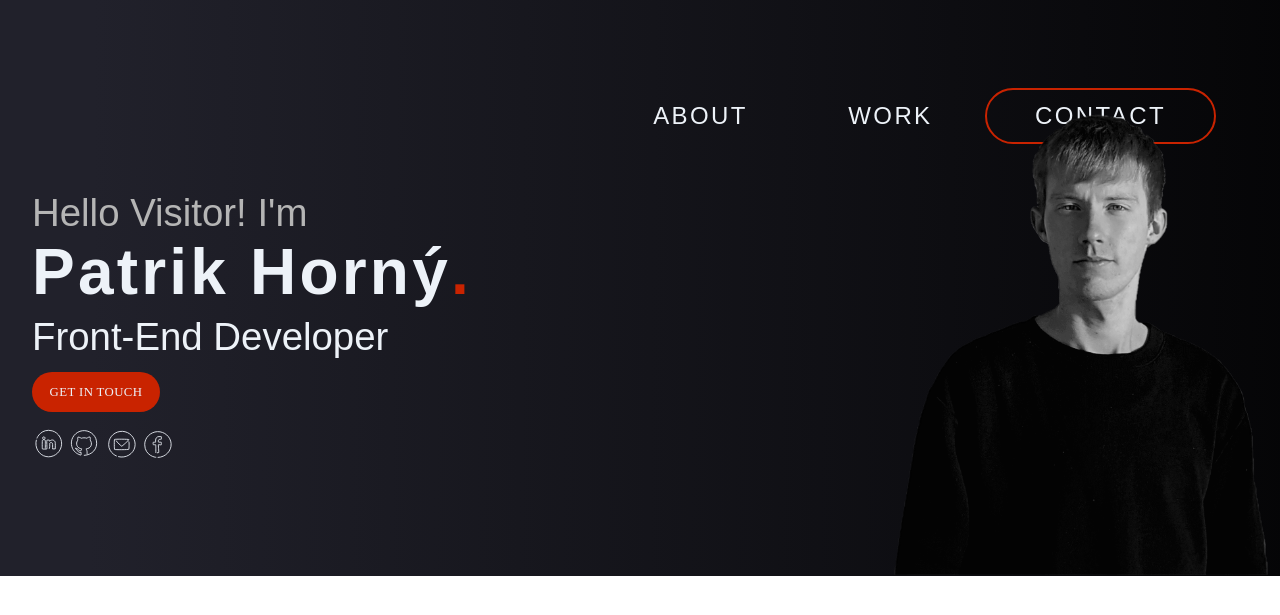
Repository: Spreceriany/portfolio
Page: index.html
The author's editor kept a copy of each file at every save. The page is drawn from the files as they stood at one save, then again after the next save.
The browser window is 1280 px wide. The pictures show the whole page.
Some web fonts or font styles are not loaded; a fallback is used. The style sheet was rebuilt from its Sass, Less or Tailwind sources for each picture, by a compiler version that may differ from the author's.

Above is the page before, as saved 2021-03-07 17:15:51.

### index.html
<!DOCTYPE html>
<html lang="en">

<head>
    <meta charset="UTF-8">
    <meta http-equiv="X-UA-Compatible" content="IE=edge">
    <meta name="viewport" content="width=device-width, initial-scale=1.0">
    <title>Patrik Horny | Portfolio</title>
    <link rel="stylesheet" href="css/style.css">
    <link rel="preconnect" href="https://fonts.gstatic.com">
    <link href="https://fonts.googleapis.com/css2?family=Asul&family=Chivo:wght@900&display=swap" rel="stylesheet">
</head>

<body>
    <header>
        <nav>
            <ul>
                <li><a href="#">About</a></li>
                <li><a href="#">Work</a></li>
                <li><a href="#">Contact</a></li>
            </ul>
        </nav>
    </header>

    <main>
        <section class="hero">
            <div class="hero__left-col">
                <p class="gray">Hello Visitor! I'm</p>
                <h1>Patrik Horný<span class="orange">.</span></h1>
                <p>Front-End Developer</p>
                <a href="#" class="btn">Get in touch</a>
                <ul>
                    <li><a href="#">
                        <?xml version="1.0" ?><svg height="256px" id="Layer_1" version="1.1" viewBox="0 0 256 256" width="256px" xml:space="preserve" xmlns="http://www.w3.org/2000/svg" xmlns:xlink="http://www.w3.org/1999/xlink"><path class="st0" d="M34.367,105.308c-15.255,58.994,21.499,118.714,77.309,130.865c54.491,11.864,108.741-24.931,122.132-78.209  c13.576-54.011-18.103-112.414-72.055-127.246C77.289,8.035,39.505,84.527,39.501,88.37"/><path class="st0" d="M106.662,168.972c-0.36-21.051,0.978-61.432-0.945-63.422  c-1.923-1.99-17.046-7.923-19.883-12.471c-2.838-4.548-2.011-13.662,8.126-13.674s11.419,8.666,8.78,14.31  c-2.64,5.644-17.584,9.811-19.288,12.105c-1.704,2.294-2.429,68.28,0,69.899c2.429,1.619,32.926,1.484,35.624-0.54  c2.699-2.024-3.374-67.47,0-69.09s17.407-1.889,19.162-1.079c1.754,0.81,0.675,7.692,1.889,8.366  c1.214,0.675,10.171-11.177,24.289-9.446c10.46,1.282,19.837,10.121,21.321,18.892s0.899,34.545,0.54,51.817  c-7.197,0.27-14.394,0.675-21.59,0.945c-0.27-14.574,1.08-33.6-0.81-43.586c-1.889-9.986-22.328-9.849-22.13,0  s1.619,43.586-2.699,43.451" id="linkedin"/></svg>
                    </a></li>
                    <li><a href="#">
                        <?xml version="1.0" ?><svg height="256px" id="Layer_2" version="1.1" viewBox="0 0 256 256" width="256px" xml:space="preserve" xmlns="http://www.w3.org/2000/svg" xmlns:xlink="http://www.w3.org/1999/xlink"><path class="st0" d="M128.1,222.073"/><path class="st0" d="M130.164,226.986c63.917-3.557,108.667-52.057,97.259-116.5c-9.288-52.47-60.722-87.613-112.739-80.577  C61.952,37.041,21.39,85.877,27.386,139.004c5.689,47.857,35.128,70.23,59.685,80.335c5.717,2.353,13.401,5.785,15.997,5.229  c2.596-0.556,1.763-14.95,1.763-21.889c-16,2.459-21.475-3.841-24.875-7.563c-3.857-4.222-6.125-8.563-10.063-14.938  s-11.063-4.875-11.813-8.563s15-2.688,26.313,11.25c8.188,10.146,16.928,7.089,21.625,4.188c0.154-1.612,0.526-3.775,1.438-6.188  c0.967-2.557,3.625-4.104,3.208-5.854c-0.417-1.75-21.804-0.577-34-17.667c-8.809-12.344-9.129-26.955-5.667-37.833  c2.322-7.297,6.196-12.443,8.833-15.417c-1.011-2.162-2.513-6.109-2.583-11.25c-0.076-5.549,1.554-9.796,2.583-12  c3.492,0.104,8.54,0.644,14.25,2.667c5.469,1.937,9.593,4.542,12.333,6.583c4.975-1.671,12.218-3.489,21.083-3.667  c10.135-0.203,18.344,1.819,23.667,3.583c2.616-2.336,6.987-5.648,13.167-7.917c4.489-1.648,8.518-2.229,11.5-2.417  c1.143,2.165,3.075,6.519,3.167,12.332c0.085,5.351-1.426,9.47-2.416,11.664c2.867,3.459,7.394,9.875,9.502,18.995  c0.751,3.249,4.857,20.981-6.996,36.24c-12.408,15.974-33.06,13.524-33.992,15.73c-0.932,2.206,3.964,6.297,6.266,14.877  c2.302,8.58,1.327,24.979,1.327,24.979"/></svg>
                    </a></li>
                    <li><a href="#">
                        <?xml version="1.0" ?><svg height="256px" id="Layer_3" version="1.1" viewBox="0 0 256 256" width="256px" xml:space="preserve" xmlns="http://www.w3.org/2000/svg" xmlns:xlink="http://www.w3.org/1999/xlink"><path class="st0" d="M90.122,111.336c4.814,10.698,40.475,41.901,43.863,42.08s58.662-49.39,57.057-52.778  S79.246,96.18,76.214,99.568c-3.031,3.388-1.962,78.097,0.713,80.237s111.083,2.318,113.401-1.426  c2.318-3.744,4.814-57.414,1.783-60.623"/><path class="st0" d="M108.268,237.352c59.036,15.089,118.653-21.832,130.648-77.676c11.711-54.524-25.236-108.671-78.551-121.912  C106.315,24.34,48.002,56.183,33.321,110.176c-22.447,84.527,54.151,122.097,57.994,122.09"/></svg>
                    </a></li>
                    <li><a href="#">
                        <?xml version="1.0" ?><svg height="256px" id="Layer_1" version="1.1" viewBox="0 0 256 256" width="256px" xml:space="preserve" xmlns="http://www.w3.org/2000/svg" xmlns:xlink="http://www.w3.org/1999/xlink"><g><path class="st0" d="M118.489,204.01c0.668-30.724-0.583-59.627-0.514-61.433c0.099-2.572-16.945,1.061-19.046-1.053   c-2.101-2.114-3.309-18.205-0.521-19.591s15.355,1.129,18.007-0.526c2.652-1.655-11.513-55.269,46.601-43.421   c1.589,0.795-0.132,18.732-1.059,20.122c-0.927,1.39-12.708-1.787-19.062,3.177c-6.354,4.964-3.707,18.664-2.383,19.591   c1.324,0.927,20.188,0.198,21.445,1.589s1.456,18.798,0,20.122c-1.456,1.324-20.819-2.41-22.769-1.058   c-1.606,1.113,4.224,60.038,2.558,62.373c-1.666,2.335-7.731,2.133-11.56,2.226"/><path class="st0" d="M136.577,243.358c60.912-1.648,108.145-53.478,104.395-110.472c-3.662-55.647-54.02-97.612-108.923-95.753   C76.39,39.017,29.02,85.605,29.68,141.555c1.549,87.443,85.505,102.61,89.2,101.551"/></g></svg>
                    </a></li>
                </ul>
            </div>
            <div class="hero__right-col">
                <img src="./img/my_photo.png" alt="my-photo">
            </div>
        </section>
    </main>


    <script src="js/script.js"></script>
</body>

</html>

### css/style.scss
body {
  font-family: "Asul", "Chivo", sans-serif;
}

* {
  box-sizing: border-box;
  margin: 0;
  padding: 0;
}

$white-ish: #edf2f8;
$orange: #c92300;
$gray: #b5b5b5;

.orange {
  color: $orange;
}

.gray {
  color: $gray;
}

header {
  width: 100%;
  max-width: 120em;
  margin: 0 auto;
  min-height: 13vh;
  position: absolute;
  top: 0;
  left: 0;
  right: 0;
  display: flex;
  padding-right: 4em;
  padding-top: 5em;
  justify-content: flex-end;
  nav {
    min-height: 10vh;
    display: flex;
    align-items: center;
    top: 0;
    right: 0;
    ul {
      margin-left: auto;
      display: none;
      @media (min-width: 992px) {
        display: block;
      }
      li {
        display: inline-block;
        padding: 0.5em 2em;
        font-size: 1.5rem;
        text-transform: uppercase;
        cursor: pointer;

        &:last-of-type {
          border: 2px solid $orange;
          border-radius: 9999px;
          background-image: linear-gradient($orange, $orange);
          background-position: 50% 50%;
          background-repeat: no-repeat;
          background-size: 0% 100%;
          transition: background-size 0.3s;
          &:hover {
            background-size: 100% 100%;
          }
        }

        &:not(:last-child) a:hover {
          color: $orange;
        }
        a {
          width: 100%;
          text-decoration: none;
          color: $white-ish;
          letter-spacing: 0.1em;
          transition: color 0.3s ease-out;
        }
      }
    }
  }
}

main {
  margin: 0 auto;
  background-color: black;
}

.btn {
  background-color: $orange;
  padding: 1em 0.7em;
  color: $white-ish;
  border-radius: 9999px;
  width: 10em;
  flex-shrink: 0;
  text-align: center;
  text-decoration: none;
  text-transform: uppercase;
  font-family: "Chivo";
  letter-spacing: 0.03em;
  margin: 1em 0;
  font-size: 0.8rem;
}

.hero {
  width: 100%;
  max-width: 120em;
  margin: 0 auto;
  min-height: 80vh;
  background: linear-gradient(
    90.58deg,
    #21212b 7.37%,
    rgba(0, 0, 0, 0.88) 117.59%
  );
  display: grid;
  align-items: center;
  justify-content: center;
  color: $white-ish;
  grid-template-columns: 1fr;
  @media (min-width: 556px) {
    grid-template-columns: 1fr 1fr;
  }

  svg {
    width: 100%;
    height: 100%;
    fill: none;
    stroke: #edf2f8;
    stroke-width: 7;
    stroke-linecap: round;
    stroke-linejoin: round;
    stroke-miterlimit: 10;

    &:hover {
      stroke: $orange !important;
    }
  }

  &__left-col {
    display: flex;
    flex-direction: column;
    padding-left: 2em;
    padding-top: 5em;
    ul {
      list-style-type: none;
      li {
        display: inline-flex;
        width: 2em;
        img {
          width: 100%;
        }
      }
    }

    p {
      font-size: clamp(1rem, 3vw, 2.5rem);
    }

    h1 {
      font-size: clamp(2rem, 5vw, 6rem);
      margin-bottom: 0.1em;
      letter-spacing: .05em;
    }
  }

  &__right-col {
    position: relative;
    height: 100%;
    img {
      position: absolute;
      width: 65%;
      right: 0;
      bottom: 0;
    }
  }
}

Loaded but not shown: js/script.js (no copy from this time; the picture is the same without it)

After the next save:
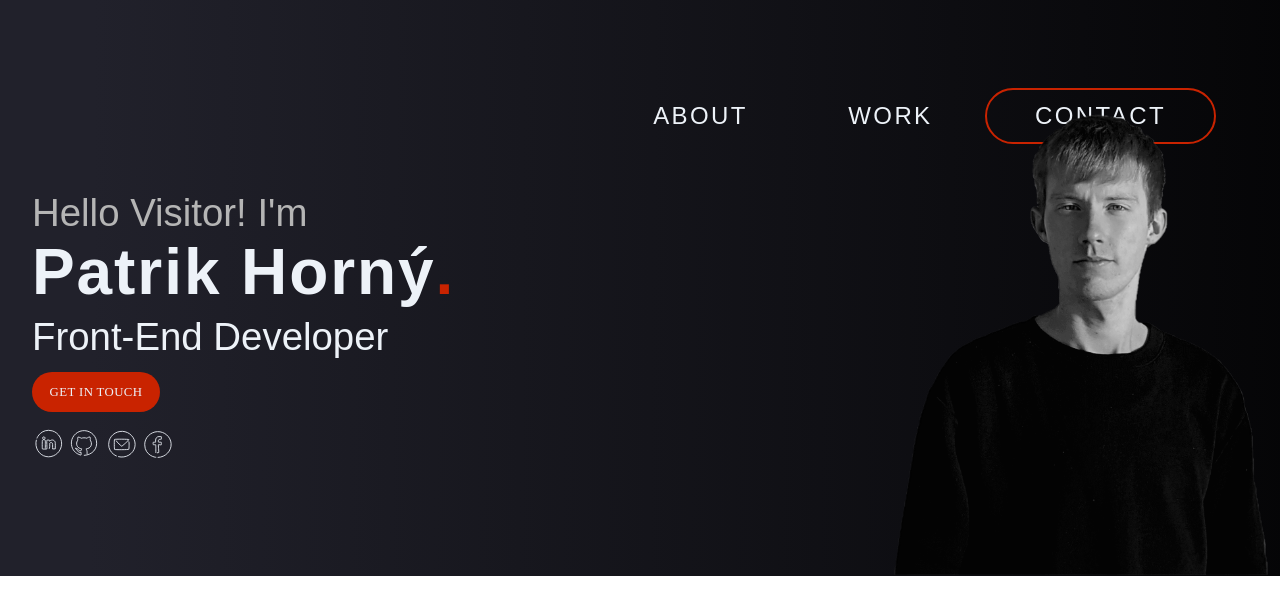
Saved 4 s later.
--- a/css/style.scss
+++ b/css/style.scss
@@ -158,7 +158,7 @@ main {
     h1 {
       font-size: clamp(2rem, 5vw, 6rem);
       margin-bottom: 0.1em;
-      letter-spacing: .05em;
+      letter-spacing: .03em;
     }
   }
 
